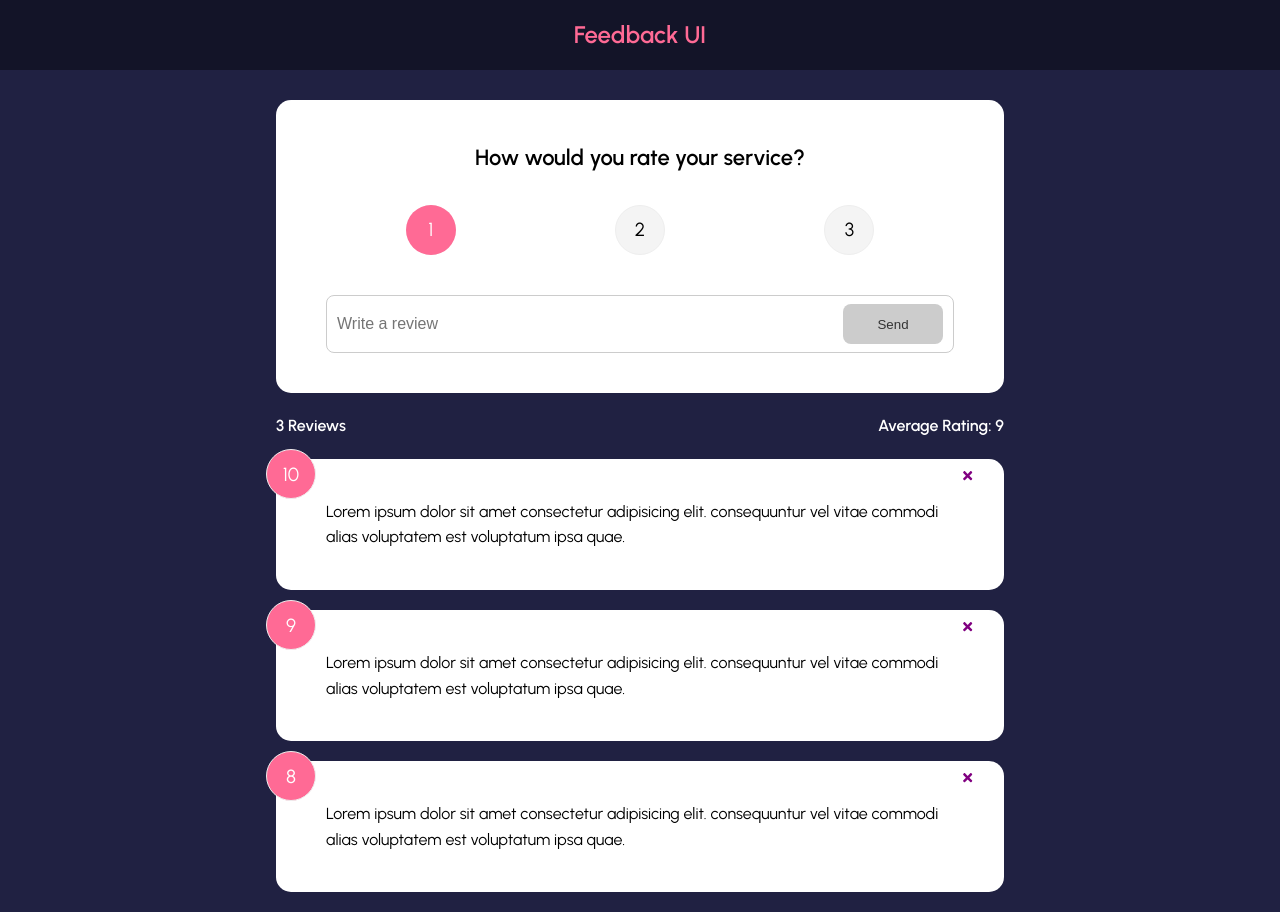
Repository: Vasil1001/feedback-project-react
Page: /
An editor plug-in stored every save of this project. The page is shown before and after a run of saves, followed by the edit.
The browser window is 1280 px wide. The pictures show the whole page.
The project was rebuilt for these pictures with package versions that can differ from the ones it lists, and the page was loaded fresh each time. Also part of the build but not shown: vite.config.js.

Above is the page before, as saved 2022-12-29 18:06:32.

After the next 9 saves:
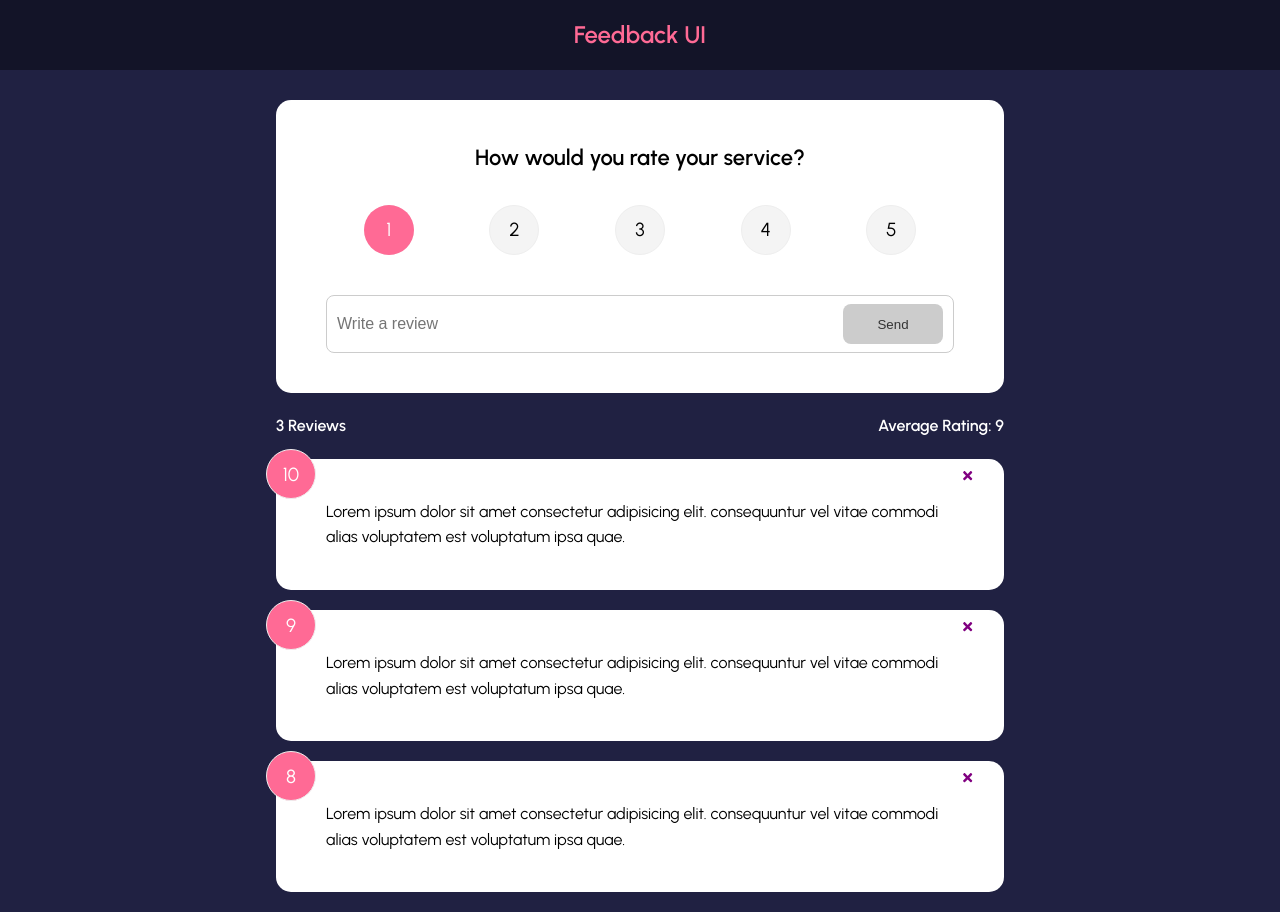
The 9 saves are shown as one change because they came seconds apart.
The last was saved 88 s later.
--- a/src/components/RatingSelect.jsx
+++ b/src/components/RatingSelect.jsx
@@ -40,6 +40,26 @@ export default function RatingSelect({ select }) {
                 />
                 <label htmlFor="num3">3</label>
             </li>
+            <li>
+                <input type="radio"
+                    id="num4"
+                    name="rating"
+                    value="4"
+                    onChange={handleChange}
+                    checked={selected === 4}
+                />
+                <label htmlFor="num4">4</label>
+            </li>
+            <li>
+                <input type="radio"
+                    id="num5"
+                    name="rating"
+                    value="5"
+                    onChange={handleChange}
+                    checked={selected === 5}
+                />
+                <label htmlFor="num5">5</label>
+            </li>
         </ul>
     )
 }
